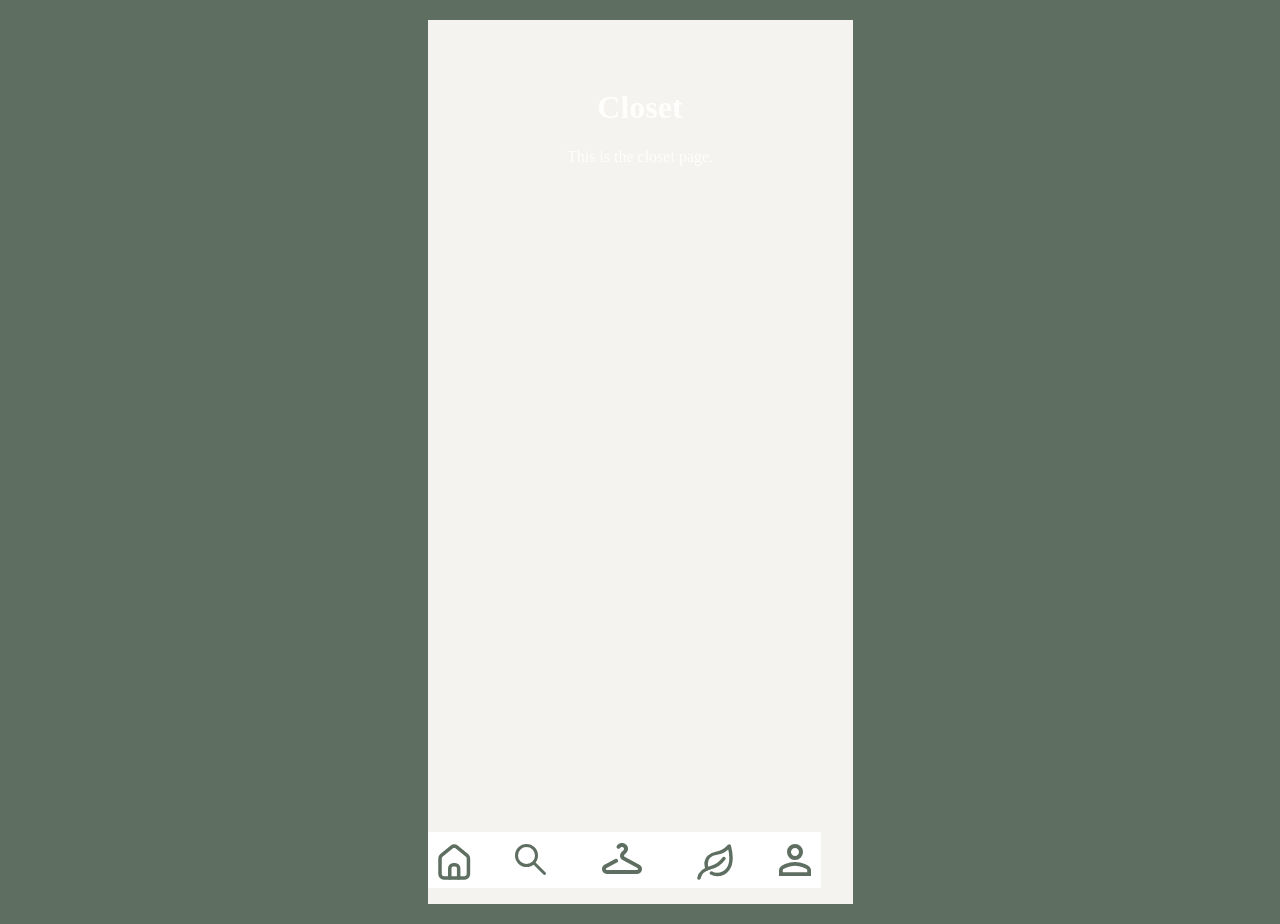
Repository: Strawb3rryjam/app-slotion
Page: /closet
These files come from the project's save history. The page is drawn as it stood at one moment and after the next save; the edit follows.
The browser window is 1280 px wide. The pictures show the whole page.
The project was rebuilt for these pictures with package versions that can differ from the ones it lists, and the page was loaded fresh each time. Also part of the build but not shown: vite.config.js. Imported but missing from the stored project, and not drawn on this page: src/pages/Home.

Above is the page before, as saved 2025-05-07 13:52:08.

### src/main.jsx
import { StrictMode } from 'react'
import { createRoot } from 'react-dom/client'
import './index.css'

import { BrowserRouter } from 'react-router-dom'
import App from './App.jsx'

createRoot(document.getElementById('root')).render(
  <StrictMode>
    <BrowserRouter>
      <App />
    </BrowserRouter>
  </StrictMode>
)

### src/index.css
:root {
  color: rgba(255, 255, 255, 0.87);
}

body {
  width: 393px;
  min-height: 852px;
  padding: 16px;
  margin: 0 auto;
  margin-top: 20px;
  margin-bottom: 20px;

  background-color: #F5F3EF;
  position: relative;

}

html {
  background-color: #5E6F62;
}

### src/App.jsx
import './App.css'
import Home from './pages/Home'
import Closet from './pages/Closet'
import {Routes, Route} from 'react-router-dom'
import NavBar from './components/NavBar'


function App() {
  return (
    <div>
      <NavBar />
      <main className = "main-content">
        <Routes>
          <Route path = "/" element = {<Home />} />
          <Route path = "/closet" element = {<Closet />} />

        </Routes>
      </main>
    </div>

  )
}

export default App

### src/pages/Closet.jsx

function Closet() {
  return (
    <div>
      <h1>Closet</h1>
      <p>This is the closet page.</p>
    </div>
  );
}

export default Closet;

### src/components/NavBar.jsx
import { Link } from "react-router-dom";
import styles from "../css/NavBar.module.css";  // Use this to import styles

/*images*/
import homeIcon from "../assets/Home.svg";
import searchIcon from "../assets/search.svg";
import closetIcon from "../assets/Hanger.svg";
import tipsIcon from "../assets/leaf.svg";
import profileIcon from "../assets/Profile.svg";

/*component*/
import ClosetButton from "../components/closetPageButton";


function NavBar() {
    return (
        <nav className={styles.navbar}> {/* Use styles.navbar for CSS modules */}
            <div className={styles["navbar-links"]}> {/* Use styles for other classes */}
                <Link to="/" className={styles.Home}>
                    <img src={homeIcon} alt="Home" className={styles["nav-icon"]} />
                </Link>
                <Link to="/Search" className={styles.Search}>
                    <img src={searchIcon} alt="Search" className={styles["nav-icon"]} />
                </Link>

                <ClosetButton /> {/* Include the ClosetButton component here */}


                <Link to="/Tips" className={styles.Tips}>
                    <img src={tipsIcon} alt="Tips" className={styles["nav-icon"]} />
                </Link>
                <Link to="/Profile" className={styles.Profile}>
                    <img src={profileIcon} alt="Profile" className={styles["nav-icon"]} />
                </Link>

            </div>
        </nav>
    );
}

export default NavBar;

### src/css/NavBar.module.css
.navbar {
    background-color: white;
    padding: 10px 0 ;
    width: 393px;
    position: absolute;
    bottom: 16px;
    left: 0;
    display: flex;
    justify-content: center;  /* Align the navbar content centrally */
}

.navbar-links {
    display: flex;
    justify-content: space-between; /* Space out the icons evenly */
    align-items: center;
    width: 100%; /* Take up the full width of the navbar */
    padding: 0 10px; /* Add some padding to the sides */
  }


  /*icons*/
  .Home {
    width: 28.444px;
    height: 32px;
  }

  .Search{
    width: 31px;
    height: 31px;
  }

  .Tips{
    width: 32px;
    height: 32px;
  }

.Profile{
  width: 32px;
  height: 32px;
}

### src/components/closetPageButton.jsx
import { useState } from "react";
import { Link } from "react-router-dom";
import styles from "../css/closetPageButton.module.css"; // ✅ Make sure file name matches

// Import icons
import closetNotActive from "../assets/Hanger.svg";
import closetActive from "../assets/HangerActive.svg";



export default function ClosetButton() {
    const [isActive, setIsActive] = useState(false);

    const handleClick = () => {
        setIsActive(!isActive);
    };

    return (
        <div className={styles.closetWrapper}>
            {isActive && (
                <div className={styles.dropdown}>
                    <Link to="/CreatePost" className={styles.dropdownOption1}>Create Post</Link>
                    <Link to="/Closet" className={styles.dropdownOption2}>View Closet</Link>
                </div>
            )}
            <button onClick={handleClick} className={styles.Closet}>
                <img
                    src={isActive ? closetActive : closetNotActive}
                    alt="Closet"
                    className={styles["nav-icon"]}
                />
            </button>
        </div>
    );
}

### src/css/closetPageButton.module.css
.closetWrapper {
    position: relative;
    display: inline-block;
}

.dropdown {
    top: -110px; /* adjust as needed */
    border-radius: 8px;
    padding: 0.5rem;
    display: flex;
    flex-direction: column;
    align-items: center;

    gap: 0.5rem;
    z-index: 10;

    position: absolute;
    bottom: 100%;
    left: 50%;
    transform: translateX(-50%);

}

.dropdownOption1,
.dropdownOption2 {
    color: white;
    text-decoration: none; /* removes underline */
    padding: 0.5rem 1rem;
    border-radius: 4px;
    font-weight: bold;
    text-align: center;
    background-color: transparent;
    transition: background-color 0.2s;
    align-self: center;

    width: 361px;
    height: 59px;
    background-color: #4CAF50; /* green background */


}

.dropdownOption1:hover,
.dropdownOption2:hover {
    background-color: rgba(255, 255, 255, 0.2); /* subtle hover effect */
}

.Closet {
    background: none;
    border: none;
    cursor: pointer;
}

.nav-icon {
    width: 40px;
    height: auto;
}

Loaded but not shown: index.html (common file); src/App.css (common file)

After the next save:
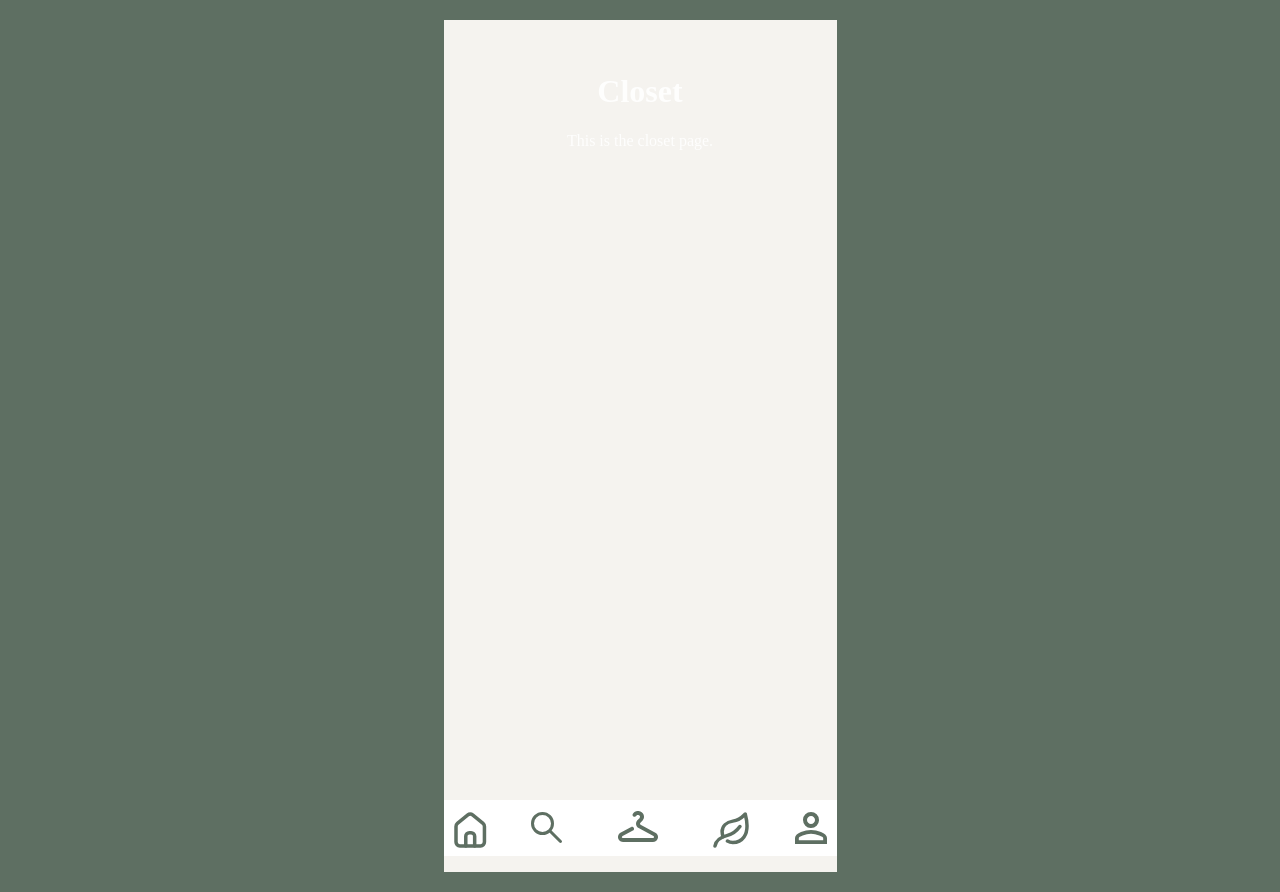
Saved 37 s later.
--- a/src/index.css
+++ b/src/index.css
@@ -5,7 +5,6 @@
 body {
   width: 393px;
   min-height: 852px;
-  padding: 16px;
   margin: 0 auto;
   margin-top: 20px;
   margin-bottom: 20px;
